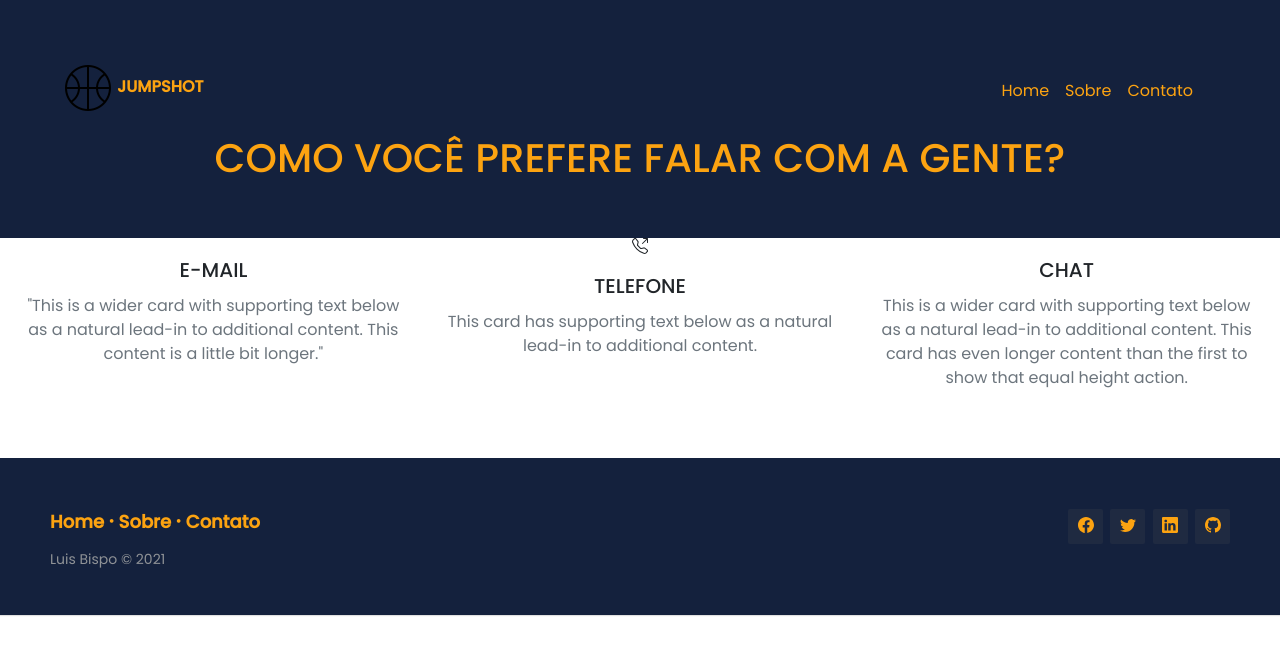
Repository: luisbisp/Jumpshot
Page: pages/contact.html
These files come from the project's save history. The page is drawn as it stood at one moment and after the next save; the edit follows.
The browser window is 1280 px wide. The pictures show the whole page.

Above is the page before, as saved 2021-07-07 20:11:52.

### pages/contact.html
<!DOCTYPE html>
<html lang="en">

<head>
    <meta charset="UTF-8">
    <meta http-equiv="X-UA-Compatible" content="IE=edge">
    <meta name="viewport" content="width=device-width, initial-scale=1.0">
    <link rel="preconnect" href="https://fonts.googleapis.com">
    <link rel="preconnect" href="https://fonts.gstatic.com" crossorigin>
    <link href="https://fonts.googleapis.com/css2?family=Poppins:wght@300;400;500&display=swap" rel="stylesheet">
    <link rel="stylesheet" href="https://maxcdn.bootstrapcdn.com/bootstrap/4.0.0/css/bootstrap.min.css"
        integrity="sha384-Gn5384xqQ1aoWXA+058RXPxPg6fy4IWvTNh0E263XmFcJlSAwiGgFAW/dAiS6JXm" crossorigin="anonymous">
    <link rel="stylesheet" href="../styles/styles.css">
    <link rel="stylesheet" href="../styles/footer.css">

    <title>jumpshot</title>

</head>

<body>
    <div class="container-fluid p-0">
        <!-- div com todo conteudo da pagina -->
        <header class="p-5">
            <!-- div com conteudo do cabeçalho -->
            <div class="div-header">
                <div class="logo">
                    <img src="../images/logo.png" alt="">
                    <strong>JUMPSHOT</strong>
                </div>
                <div class="menu">
                    <!-- navbar do bootstrap -->
                    <nav class="navbar navbar-expand-lg">
                        <button class="navbar-toggler" type="button" data-toggle="collapse" data-target="#navbarNav"
                            aria-controls="navbarNav" aria-expanded="false" aria-label="Toggle navigation">
                            <span class="navbar-toggler-icon"></span>
                        </button>
                        <div class="collapse navbar-collapse" id="navbarNav">
                            <ul class="navbar-nav">
                                <li class="nav-item active">
                                    <a class="nav-link navbar-custom" href="../index.htm">Home <span
                                            class="sr-only">(current)</span></a>
                                </li>
                                <li class="nav-item">
                                    <a class="nav-link navbar-custom" href="#">Sobre</a>
                                </li>
                                <li class="nav-item">
                                    <a class="nav-link navbar-custom" href="#">Contato</a>
                                </li>
                            </ul>
                        </div>
                    </nav>
                </div>
            </div>

            <div class="div-header-content m-0">
                <div class="text-center">

                    <h1> COMO VOCÊ PREFERE FALAR COM A GENTE?</h1>

                </div>

            </div>
        </header>

        <div class="card-group">
            <div class="card border-0">
                <div class="d-flex justify-content-center">

                </div>
                <div class="card-body">
                    <h5 class="card-title text-center">E-MAIL</h5>
                    <p class="card-text text-center text-secondary">"This is a wider card with supporting text below as
                        a natural
                        lead-in to
                        additional content. This content is a little bit longer."</p>

                </div>
            </div>
            <div class="card border-0">
                <div class="d-flex justify-content-center">
                    <svg xmlns="http://www.w3.org/2000/svg" width="16" height="16" fill="currentColor"
                        class="bi bi-telephone-outbound" viewBox="0 0 16 16">
                        <path
                            d="M3.654 1.328a.678.678 0 0 0-1.015-.063L1.605 2.3c-.483.484-.661 1.169-.45 1.77a17.568 17.568 0 0 0 4.168 6.608 17.569 17.569 0 0 0 6.608 4.168c.601.211 1.286.033 1.77-.45l1.034-1.034a.678.678 0 0 0-.063-1.015l-2.307-1.794a.678.678 0 0 0-.58-.122l-2.19.547a1.745 1.745 0 0 1-1.657-.459L5.482 8.062a1.745 1.745 0 0 1-.46-1.657l.548-2.19a.678.678 0 0 0-.122-.58L3.654 1.328zM1.884.511a1.745 1.745 0 0 1 2.612.163L6.29 2.98c.329.423.445.974.315 1.494l-.547 2.19a.678.678 0 0 0 .178.643l2.457 2.457a.678.678 0 0 0 .644.178l2.189-.547a1.745 1.745 0 0 1 1.494.315l2.306 1.794c.829.645.905 1.87.163 2.611l-1.034 1.034c-.74.74-1.846 1.065-2.877.702a18.634 18.634 0 0 1-7.01-4.42 18.634 18.634 0 0 1-4.42-7.009c-.362-1.03-.037-2.137.703-2.877L1.885.511zM11 .5a.5.5 0 0 1 .5-.5h4a.5.5 0 0 1 .5.5v4a.5.5 0 0 1-1 0V1.707l-4.146 4.147a.5.5 0 0 1-.708-.708L14.293 1H11.5a.5.5 0 0 1-.5-.5z" />
                    </svg>
                </div>
                <div class="card-body">
                    <h5 class="card-title text-center">TELEFONE</h5>
                    <p class="card-text text-center text-secondary">This card has supporting text below as a natural
                        lead-in to
                        additional content.
                    </p>

                </div>
            </div>
            <div class="card border-0">
                <div class="d-flex justify-content-center">

                </div>
                <div class="card-body">
                    <h5 class="card-title text-center">CHAT</h5>
                    <p class="card-text text-center text-secondary">This is a wider card with supporting text below as a
                        natural
                        lead-in to
                        additional content. This card has even longer content than the first to show that equal height
                        action.</p>

                </div>
            </div>
        </div>




        <footer class="footer-distributed mt-5">

            <div class="footer-right">

                <!-- icons svg das redes sociais -->
                <a href="#"><svg xmlns="http://www.w3.org/2000/svg" width="16" height="16" fill="currentColor"
                        class="bi bi-facebook" viewBox="0 0 16 16">
                        <path
                            d="M16 8.049c0-4.446-3.582-8.05-8-8.05C3.58 0-.002 3.603-.002 8.05c0 4.017 2.926 7.347 6.75 7.951v-5.625h-2.03V8.05H6.75V6.275c0-2.017 1.195-3.131 3.022-3.131.876 0 1.791.157 1.791.157v1.98h-1.009c-.993 0-1.303.621-1.303 1.258v1.51h2.218l-.354 2.326H9.25V16c3.824-.604 6.75-3.934 6.75-7.951z" />
                    </svg></i></a>

                <a href="#"><svg xmlns="http://www.w3.org/2000/svg" width="16" height="16" fill="currentColor"
                        class="bi bi-twitter" viewBox="0 0 16 16">
                        <path
                            d="M5.026 15c6.038 0 9.341-5.003 9.341-9.334 0-.14 0-.282-.006-.422A6.685 6.685 0 0 0 16 3.542a6.658 6.658 0 0 1-1.889.518 3.301 3.301 0 0 0 1.447-1.817 6.533 6.533 0 0 1-2.087.793A3.286 3.286 0 0 0 7.875 6.03a9.325 9.325 0 0 1-6.767-3.429 3.289 3.289 0 0 0 1.018 4.382A3.323 3.323 0 0 1 .64 6.575v.045a3.288 3.288 0 0 0 2.632 3.218 3.203 3.203 0 0 1-.865.115 3.23 3.23 0 0 1-.614-.057 3.283 3.283 0 0 0 3.067 2.277A6.588 6.588 0 0 1 .78 13.58a6.32 6.32 0 0 1-.78-.045A9.344 9.344 0 0 0 5.026 15z" />
                    </svg></a>

                <a href="#"><svg xmlns="http://www.w3.org/2000/svg" width="16" height="16" fill="currentColor"
                        class="bi bi-linkedin" viewBox="0 0 16 16">
                        <path
                            d="M0 1.146C0 .513.526 0 1.175 0h13.65C15.474 0 16 .513 16 1.146v13.708c0 .633-.526 1.146-1.175 1.146H1.175C.526 16 0 15.487 0 14.854V1.146zm4.943 12.248V6.169H2.542v7.225h2.401zm-1.2-8.212c.837 0 1.358-.554 1.358-1.248-.015-.709-.52-1.248-1.342-1.248-.822 0-1.359.54-1.359 1.248 0 .694.521 1.248 1.327 1.248h.016zm4.908 8.212V9.359c0-.216.016-.432.08-.586.173-.431.568-.878 1.232-.878.869 0 1.216.662 1.216 1.634v3.865h2.401V9.25c0-2.22-1.184-3.252-2.764-3.252-1.274 0-1.845.7-2.165 1.193v.025h-.016a5.54 5.54 0 0 1 .016-.025V6.169h-2.4c.03.678 0 7.225 0 7.225h2.4z" />
                    </svg></a>

                <a href="#"><svg xmlns="http://www.w3.org/2000/svg" width="16" height="16" fill="currentColor"
                        class="bi bi-github" viewBox="0 0 16 16">
                        <path
                            d="M8 0C3.58 0 0 3.58 0 8c0 3.54 2.29 6.53 5.47 7.59.4.07.55-.17.55-.38 0-.19-.01-.82-.01-1.49-2.01.37-2.53-.49-2.69-.94-.09-.23-.48-.94-.82-1.13-.28-.15-.68-.52-.01-.53.63-.01 1.08.58 1.23.82.72 1.21 1.87.87 2.33.66.07-.52.28-.87.51-1.07-1.78-.2-3.64-.89-3.64-3.95 0-.87.31-1.59.82-2.15-.08-.2-.36-1.02.08-2.12 0 0 .67-.21 2.2.82.64-.18 1.32-.27 2-.27.68 0 1.36.09 2 .27 1.53-1.04 2.2-.82 2.2-.82.44 1.1.16 1.92.08 2.12.51.56.82 1.27.82 2.15 0 3.07-1.87 3.75-3.65 3.95.29.25.54.73.54 1.48 0 1.07-.01 1.93-.01 2.2 0 .21.15.46.55.38A8.012 8.012 0 0 0 16 8c0-4.42-3.58-8-8-8z" />
                    </svg></a>

            </div>

            <div class="footer-left">

                <p class="footer-links">
                    <a class="link-1" href="#">Home</a>

                    <a href="#">Sobre</a>

                    <a href="#">Contato</a>
                </p>

                <p>Luis Bispo &copy; 2021</p>
            </div>

        </footer>
    </div>
</body>

</html>

### styles/styles.css
 *{
    font-family: 'Poppins', sans-serif;
 }
 header {
     background-color: #14213d;
     color: #fca311;
 }
 .div-header{
       display: flex;
       justify-content: space-between;
       padding:15px;
}
.navbar-custom{
    color: #fca311;
}

/* .div-header-content{
    margin-top: 50px;
    display: flex;
    margin: 15px;
} */
.content{
    display: flex;

}
.content-text{
    width: 50%;
    padding: 50px;
}

.content-image {
    width:50%;
    background-color: #fca311;
    display: flex;
    justify-content: center;
}
.content-image2 {
    width:50%;
    background-color: #14213d;
    display: flex;
    justify-content: center;
}
.illustration{
    height: 250px;
}

.photo-profile{
    border-radius: 50%;
    width: 50px;
    height: 50px;
    margin: 1%;
}

### styles/footer.css
.footer-distributed {
    background-color: #14213d;
    box-shadow: 0 1px 1px 0 rgba(0, 0, 0, 0.12);
    box-sizing: border-box;
    width: 100%;
    text-align: left;
    font: normal 16px sans-serif;
    padding: 45px 50px;
  }

  .footer-distributed .footer-left p {
    color: #8f9296;
    font-size: 14px;
    margin: 0;
  }
  /* Footer links */

  .footer-distributed p.footer-links {
    font-size: 18px;
    font-weight: bold;
    color: #fca311;
    margin: 0 0 10px;
    padding: 0;
    transition: ease .25s;
  }

  .footer-distributed p.footer-links a {
    display: inline-block;
    line-height: 1.8;
    text-decoration: none;
    color: inherit;
    transition: ease .25s;
  }

  .footer-distributed .footer-links a:before {
    content: "·";
    font-size: 20px;
    left: 0;
    color: #fca311;
    display: inline-block;
    padding-right: 5px;
  }

  .footer-distributed .footer-links .link-1:before {
    content: none;
  }

  .footer-distributed .footer-right {
    float: right;
    margin-top: 6px;
    max-width: 180px;
  }

  .footer-distributed .footer-right a {
    display: inline-block;
    width: 35px;
    height: 35px;
    background-color: #1f2a41;
    border-radius: 2px;
    font-size: 20px;
    color: #fca311;
    text-align: center;
    line-height: 35px;
    margin-left: 3px;
    transition:all .25s;
  }

  .footer-distributed .footer-right a:hover{transform:scale(1.1); -webkit-transform:scale(1.1);}

  .footer-distributed p.footer-links a:hover{text-decoration:underline;}

  /* Media Queries */

  @media (max-width: 600px) {
    .footer-distributed .footer-left, .footer-distributed .footer-right {
      text-align: center;
    }
    .footer-distributed .footer-right {
      float: none;
      margin: 0 auto 20px;
    }
    .footer-distributed .footer-left p.footer-links {
      line-height: 1.8;
    }
  }

After the next save:
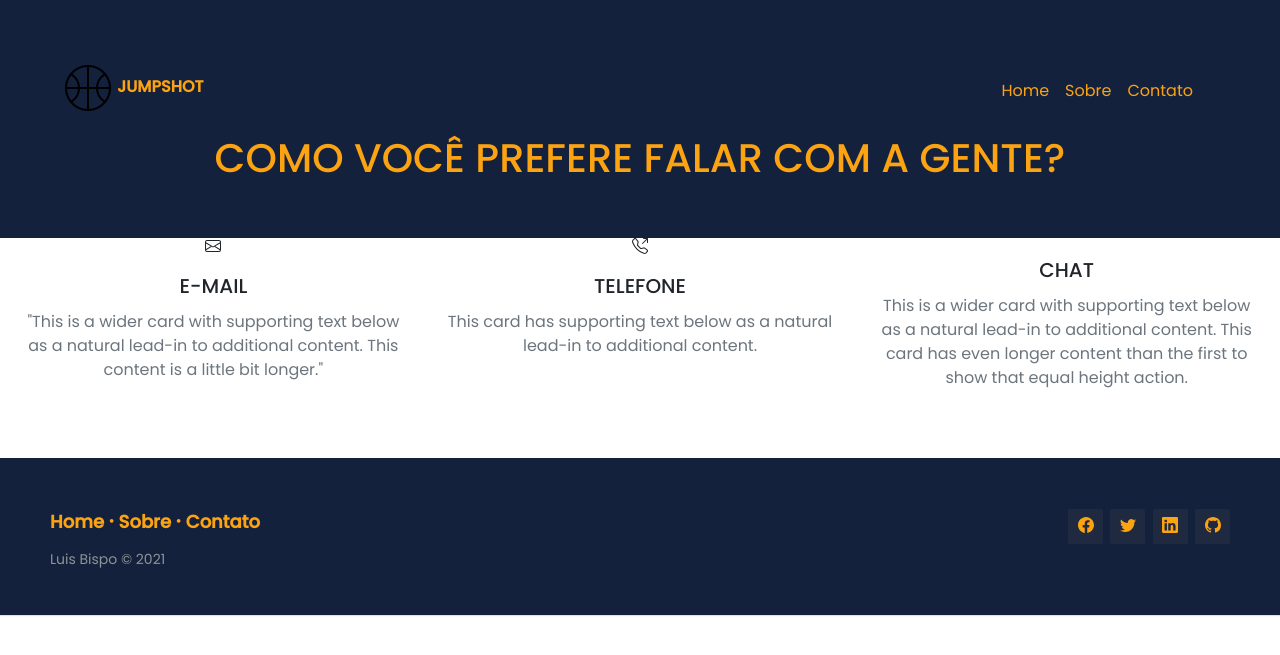
Saved 34 s later.
--- a/pages/contact.html
+++ b/pages/contact.html
@@ -65,7 +65,9 @@
         <div class="card-group">
             <div class="card border-0">
                 <div class="d-flex justify-content-center">
-
+                    <svg xmlns="http://www.w3.org/2000/svg" width="16" height="16" fill="currentColor" class="bi bi-envelope" viewBox="0 0 16 16">
+                        <path d="M0 4a2 2 0 0 1 2-2h12a2 2 0 0 1 2 2v8a2 2 0 0 1-2 2H2a2 2 0 0 1-2-2V4zm2-1a1 1 0 0 0-1 1v.217l7 4.2 7-4.2V4a1 1 0 0 0-1-1H2zm13 2.383-4.758 2.855L15 11.114v-5.73zm-.034 6.878L9.271 8.82 8 9.583 6.728 8.82l-5.694 3.44A1 1 0 0 0 2 13h12a1 1 0 0 0 .966-.739zM1 11.114l4.758-2.876L1 5.383v5.73z"/>
+                      </svg>
                 </div>
                 <div class="card-body">
                     <h5 class="card-title text-center">E-MAIL</h5>
